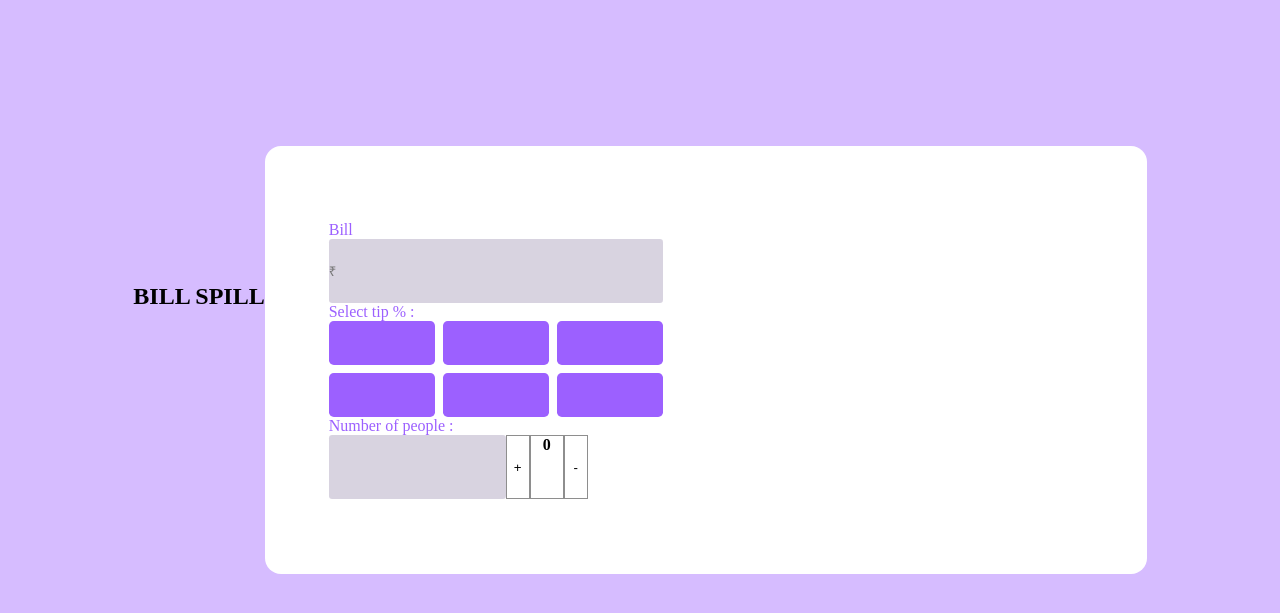
Repository: drumsmanku/micro-project-3
Page: index.html
The author's editor kept a copy of each file at every save. The page is drawn from the files as they stood at one save, then again after the next save.
The browser window is 1280 px wide. The pictures show the whole page.

Above is the page before, as saved 2023-04-17 17:52:53.

### index.html
<!DOCTYPE html>
<html lang="en">
<head>
  <meta charset="UTF-8">
  <meta http-equiv="X-UA-Compatible" content="IE=edge">
  <meta name="viewport" content="width=device-width, initial-scale=1.0">
  <link rel="stylesheet" href="styles.css">
  <title>Bill Spill</title>
</head>
<body>
  <main>
    <h2>BILL SPILL</h2>
    <div class="entire-container">
      <div class="left-inside-container">
          <label for="amount">Bill</label>
          <input type="number" name="total" id="total-bill" placeholder="₹" >

          <label for="tip">Select tip % :</label>
          <div class="button-containers">
            <button class="bt-1 sizing"></button>
            <button class="bt-2 sizing"></button>
            <button class="bt-3 sizing"></button>
            <button class="bt-4 sizing"></button>
            <button class="bt-5 sizing"></button>
            <button class="bt-6 sizing"></button>
          </div>

          <label for="people">Number of people : </label>
          <div class="people-container">
            <input type="number" name="people" id="people-number">
            <button id="add-people">+</button>
            <h4 class="center-text">0</h4>
            <button id="sub-people">-</button>
          </div>
      </div>


      <div class="right-inside-container"></div>
    </div>
  </main>
</body>
</html>

### styles.css
@import url('https://fonts.googleapis.com/css2?family=DM+Sans&display=swap');
/* font-family: 'DM Sans', sans-serif; */
*{
  padding: 0;
  margin: 0;
}

main{
  width: 100%;
  height: 100vh;
  display: flex;
  justify-content: center;
  align-items: center;
  background-color:  #D6BCFF;
}

main>h2{
  position: relative;
  top: -4rem;
}

.entire-container{
  width: 818px;
  height: 428px;
  background-color: white;

  display: flex;
  padding-left: 4rem;
  flex-direction: row;
  border-radius: 1rem;

}

.left-inside-container{
  display: flex;
  flex-wrap: wrap;
  flex-direction: column;
  justify-content: center;
}

.button-containers{
  display: grid;
  grid-template-columns: repeat(3, minmax(0,1fr));
  grid-template-rows: repeat(2, minmax(0,1fr));
  grid-gap: 0.5rem;
}

.sizing{
  width: 106px;
  height: 44px;
  border: none;
  background-color: #9C60FF;
  border-radius: 0.3rem;
}
.people-container{
  display: flex;
  flex-direction: row;
}
.people-container>h4{
  border: 1px solid #8E8E8E;
  width: 2rem;
  text-align: center;
}
.people-container>button{
  background: none;
  border: 1px solid #8E8E8E;
  width: 1.5rem;
}
input{
  border-radius: 0.2rem;
  border: none;
  background-color: rgba(182, 172, 196, 0.53);
  height: 4rem;
}
label{
  color: #9C60FF;
}

After the next save:
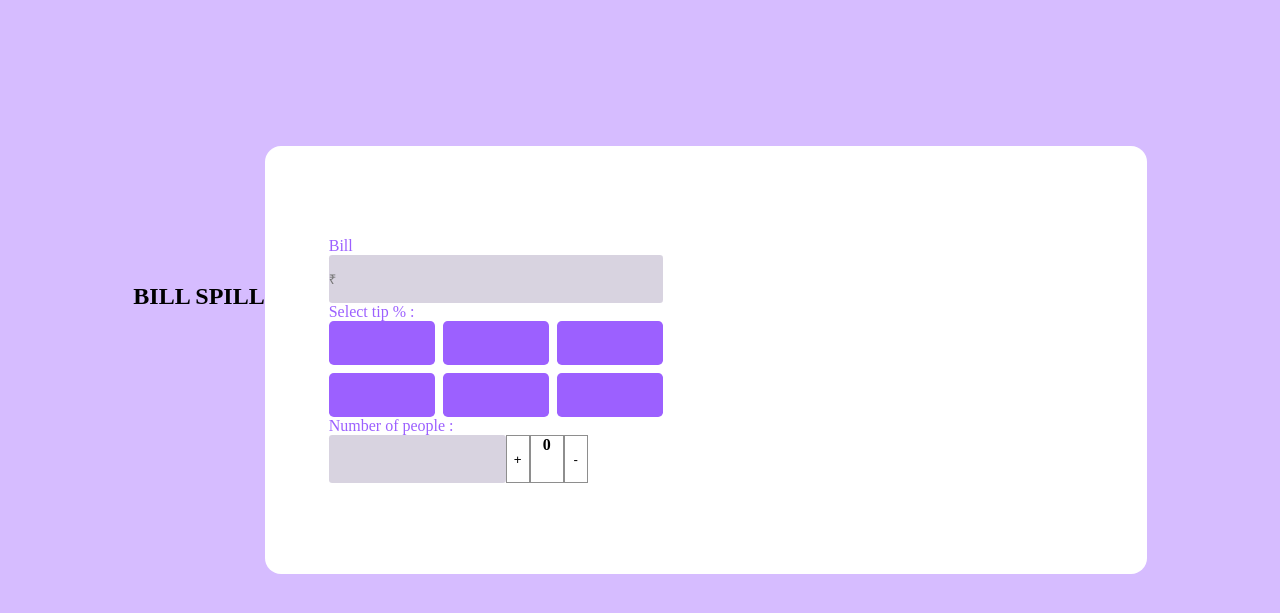
Saved 5 s later.
--- a/styles.css
+++ b/styles.css
@@ -70,7 +70,7 @@ input{
   border-radius: 0.2rem;
   border: none;
   background-color: rgba(182, 172, 196, 0.53);
-  height: 4rem;
+  height: 3rem;
 }
 label{
   color: #9C60FF;
